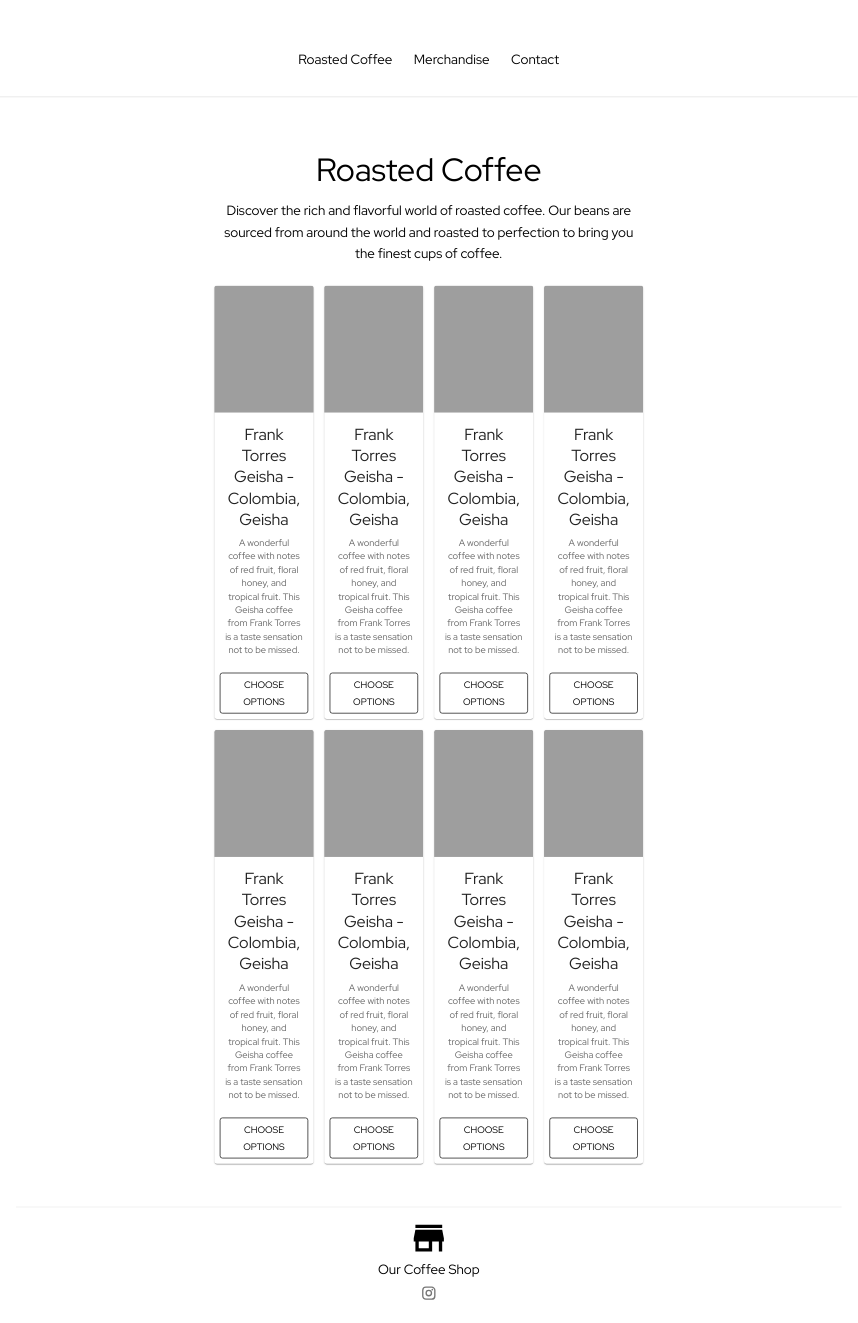
Repository: Cmicula054/Fledge-Coffee
Page: /roasted-coffee
An editor plug-in stored every save of this project. The page is shown before and after the next save, followed by the edit.
The browser window is 1280 px wide. The pictures show the whole page, at 67% of full size.
Pictures or frames that could not be fetched are drawn as grey boxes. Some web fonts or font styles are not loaded; a fallback is used. The project was rebuilt for these pictures with package versions that can differ from the ones it lists, and the page was loaded fresh each time. Also part of the build but not shown: src/components/Merchandise.jsx, src/components/Contact.jsx.

Above is the page before, as saved 2023-12-08 15:14:53.

After the next save:
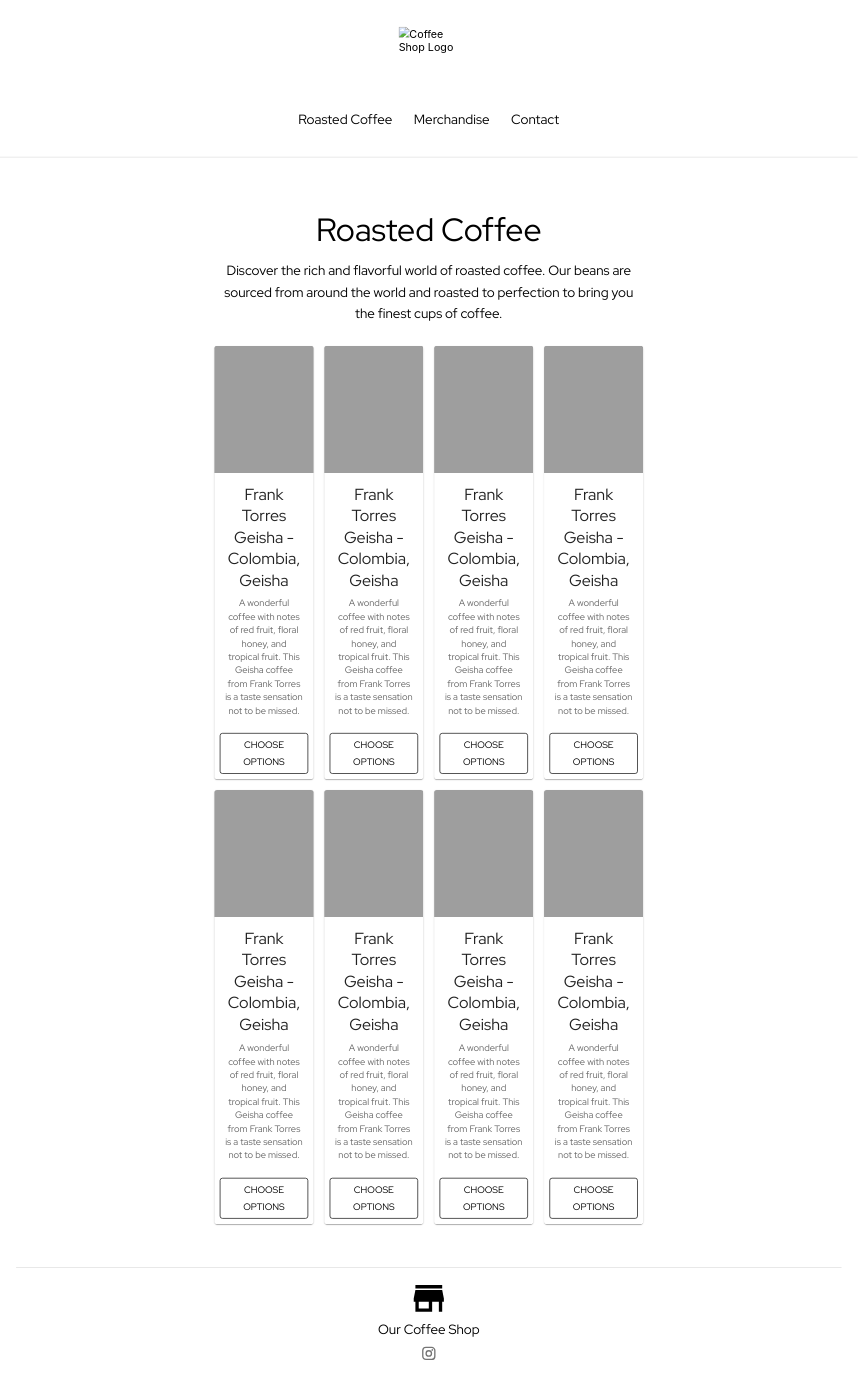
Not found: images/coffee-shop-logo.png
Saved 3 min 29 s later.
--- a/src/components/Layout.jsx
+++ b/src/components/Layout.jsx
@@ -24,6 +24,12 @@
           <Typography variant="h2" align="center">
             Our Coffee Shop
           </Typography> */}
+          <img
+            src="/images/coffee-shop-logo.png"
+            alt="Coffee Shop Logo"
+            style={{ width: 90, height: 90 }}
+          />
+
           <Box display="flex" justifyContent="center" gap={4} mt={4}>
             <Typography variant="h6">
               <Link
